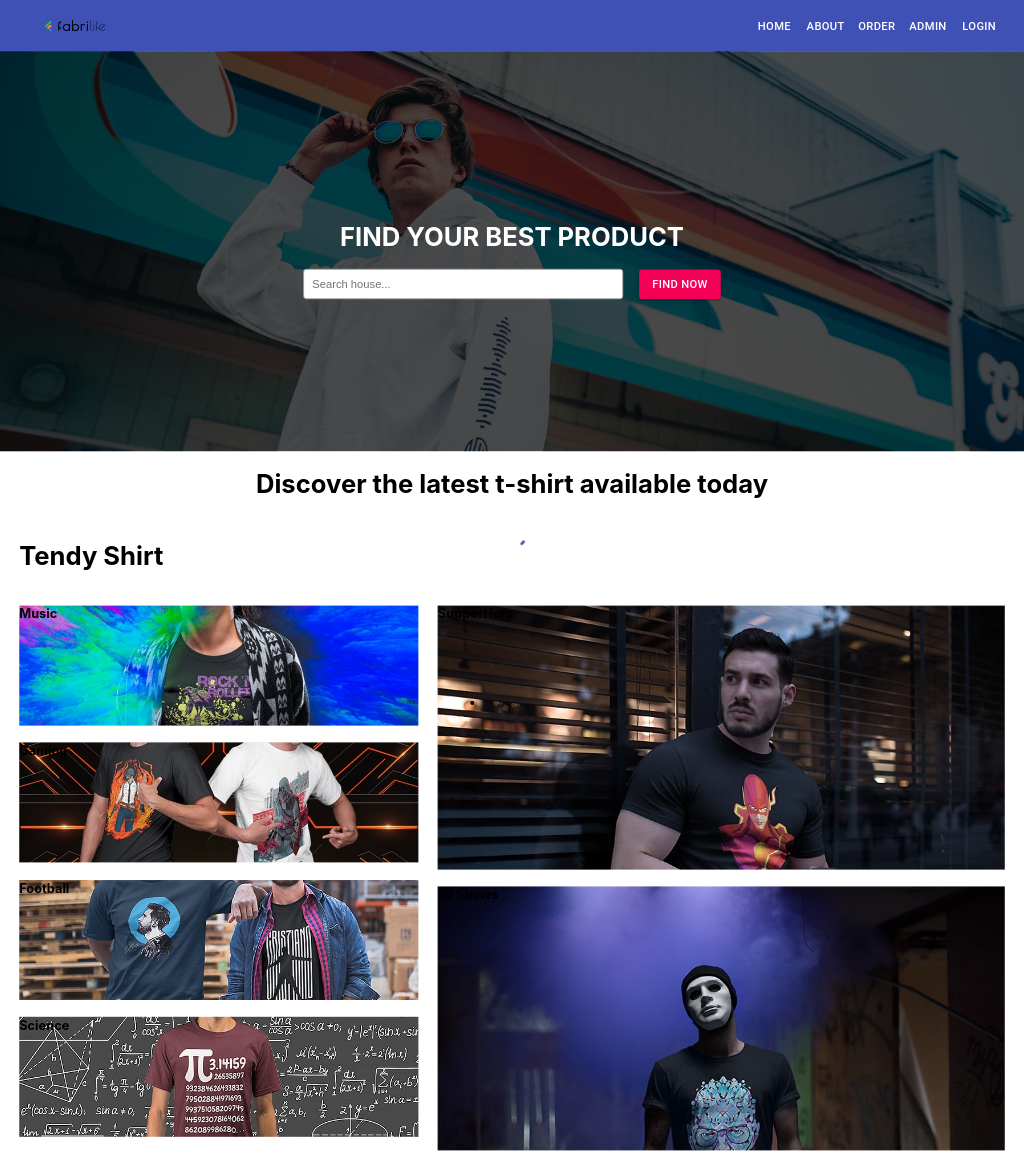
Repository: arif286/fabrilife-E-commerce-client-site
Page: /
The author's editor kept a copy of each file at every save. The page is drawn from the files as they stood at one save, then again after the next save.
The browser window is 1280 px wide. The pictures show the whole page, at 80% of full size.
The page's requests for data from a server got no answer. The project was rebuilt for these pictures with package versions that can differ from the ones it lists, and the page was loaded fresh each time. No one was signed in, and anything a server would have sent is missing. Also part of the build but not shown: src/components/Admin/Admin.css, src/components/Admin/AddEvent/AddEvent.css, src/components/Admin/AddEvent/AddEvent.js, src/components/Admin/ProductManage/ProductManage.js, src/components/Admin/Sidebar/Sidebar.css, src/components/Admin/Sidebar/Sidebar.js, src/components/Admin/Admin.js, src/components/CheckOut/CheckOut.css and 8 more.

Above is the page before, as saved 2021-04-01 01:30:15.

After the next save:
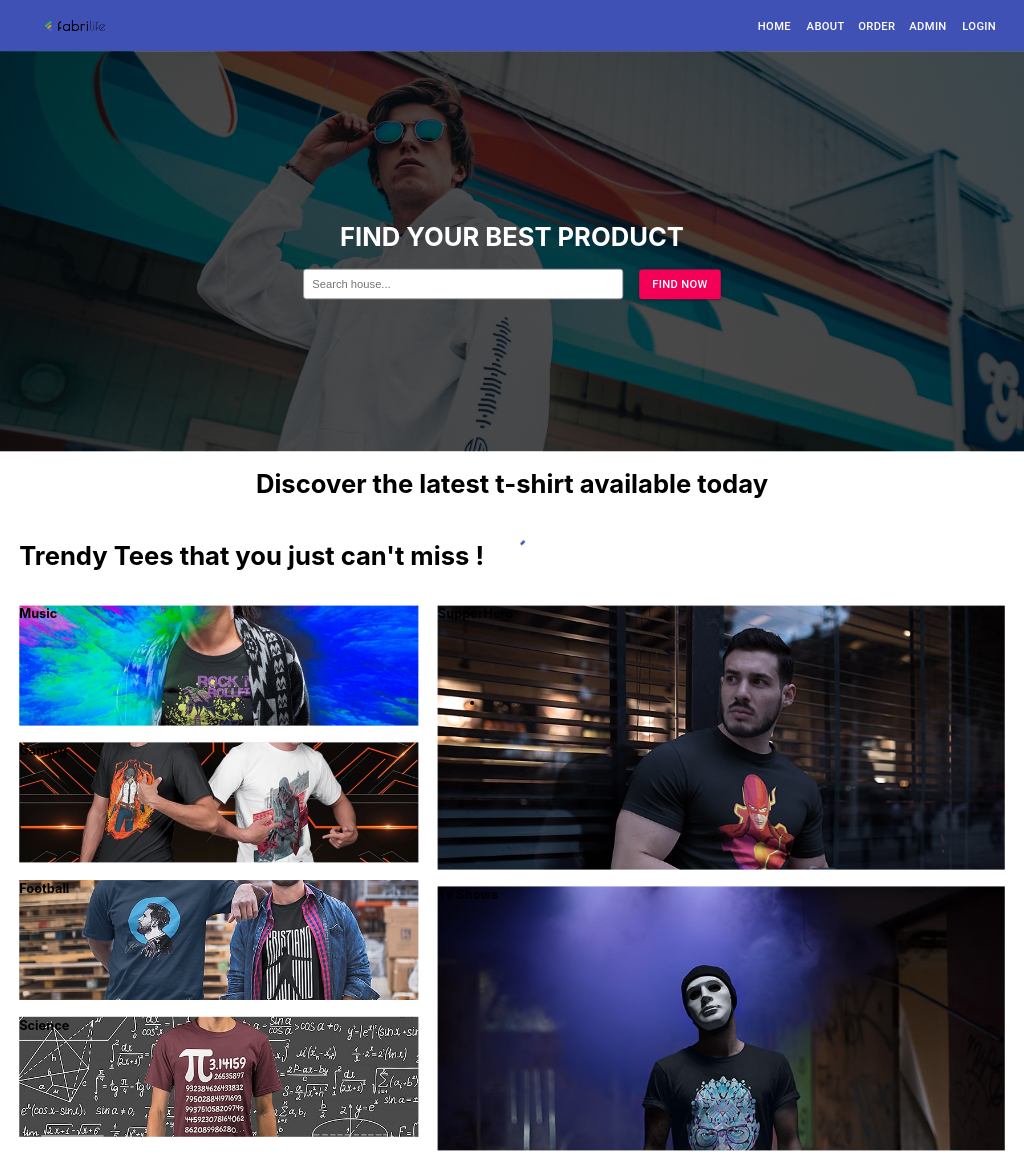
Saved 77 s later.
--- a/src/components/LatestProduct/LatestProduct.js
+++ b/src/components/LatestProduct/LatestProduct.js
@@ -5,7 +5,7 @@
 const LatestProduct = () => {
     return (
       <Container>
-        <h1>Tendy Shirt</h1>
+        <h1>Trendy Tees that you just can't miss !</h1>
         <Grid container spacing={3}>
           <Grid item md={5} sm={12}>
             <div className="music latest-product">
